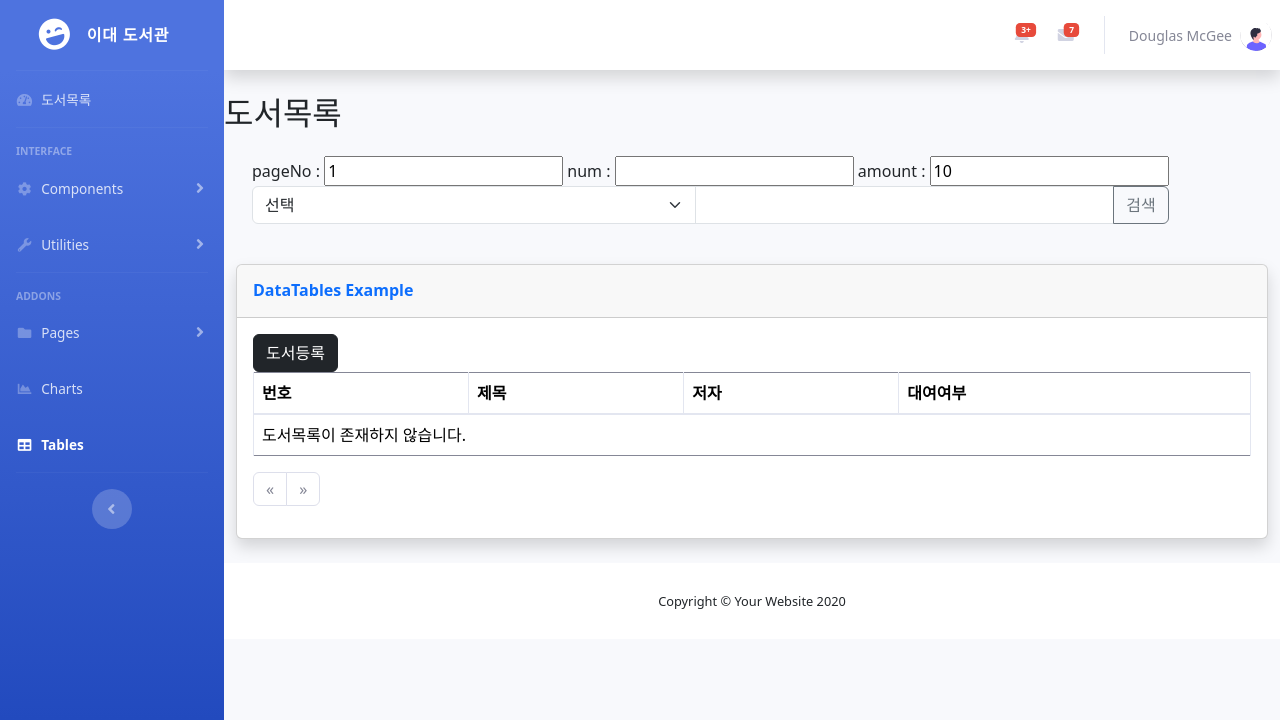
Repository: allely/spring
Page: http://localhost/jsp/book/bookList
An editor plug-in stored every save of this project. The page is shown before and after the next save, followed by the edit.
The browser window is 1280 px wide. The pictures show the whole page.
The page is served by Tomcat 9. Queries for data that is not in the repository find no rows.

Above is the page before, as saved 2023-11-27 03:18:16.

After the next save:
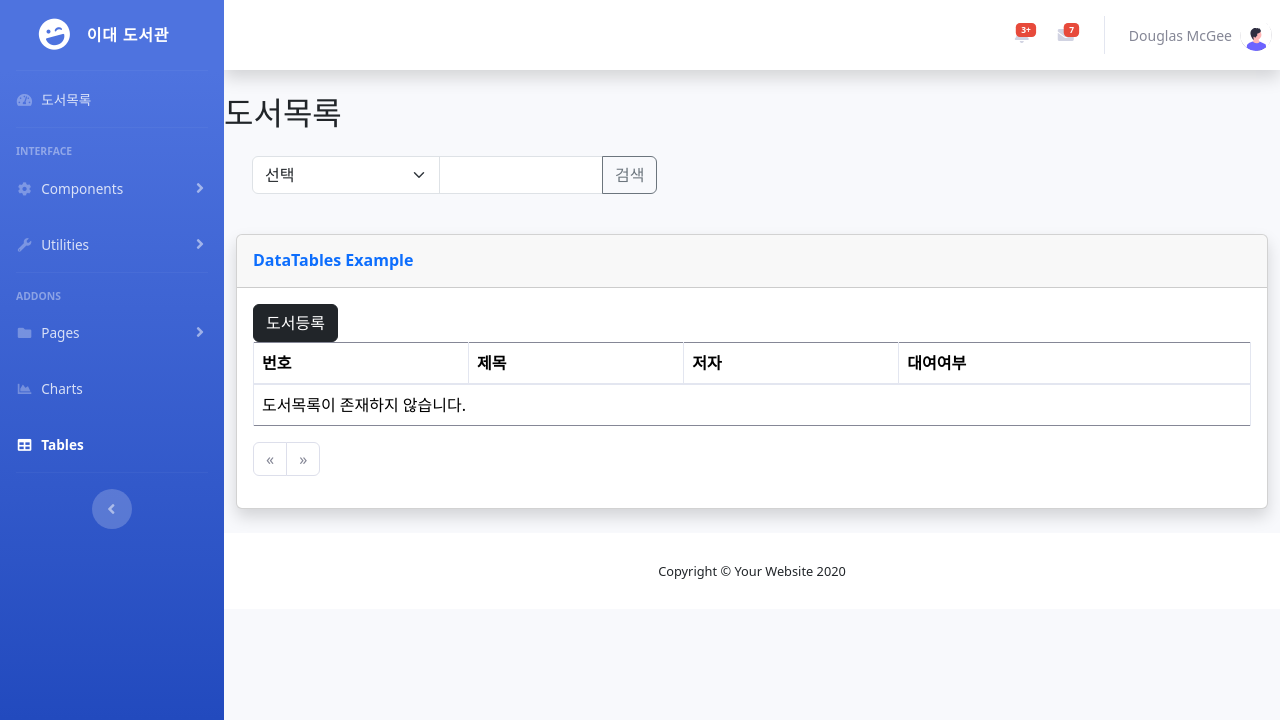
Saved 78 s later.
--- a/2. 서블릿 & JSP/jsp/jsp/src/main/webapp/book/bookList.jsp
+++ b/2. 서블릿 & JSP/jsp/jsp/src/main/webapp/book/bookList.jsp
@@ -55,9 +55,11 @@
 			<p>
 			<form name="searchForm" action="/book/bookList"
 				class="d-none d-sm-inline-block form-inline mr-auto ml-md-3 my-2 my-md-0 mw-100 navbar-search">
+				<%--
 				pageNo : <input type="text" name="pageNo" value="${pageDto.cri.pageNo }">
 				num : <input type="text" name="num" value="">
 				amount : <input type="text"	name="amount" value="10">
+				 --%>
 				<div class="input-group">
 					<select class="form-select" name="searchField"
 						id="inputGroupSelect04"
